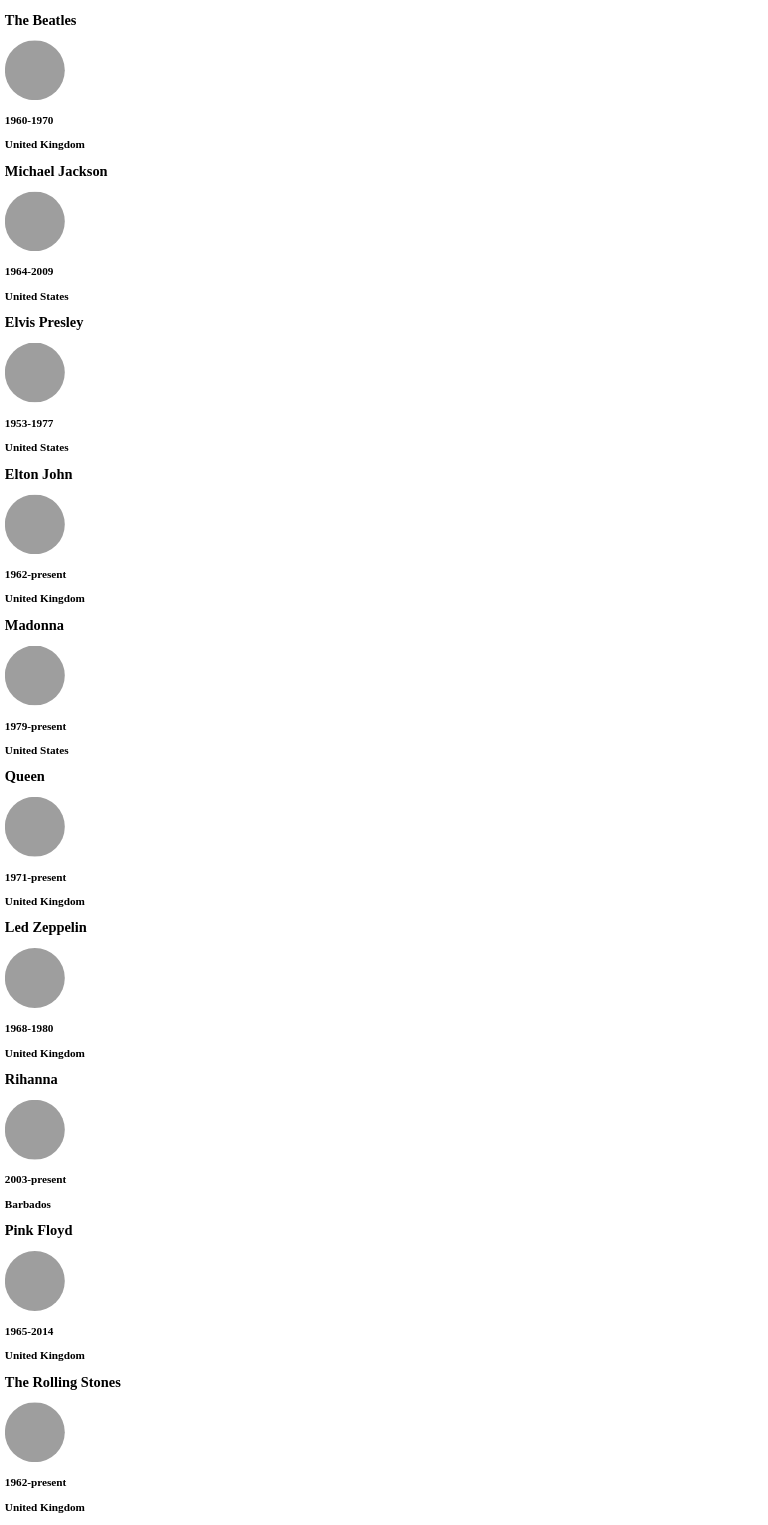
Repository: MelissaJacobi/Frontend-lab-2
Page: /
These files come from the project's save history. The page is drawn as it stood at one moment and after the next save; the edit follows.
The browser window is 1280 px wide. The pictures show the whole page, at 60% of full size.
Pictures or frames that could not be fetched are drawn as grey boxes. The project was rebuilt for these pictures with package versions that can differ from the ones it lists, and the page was loaded fresh each time. Also part of the build but not shown: vite.config.js.

Above is the page before, as saved 2024-09-19 13:47:06.

After the next save:
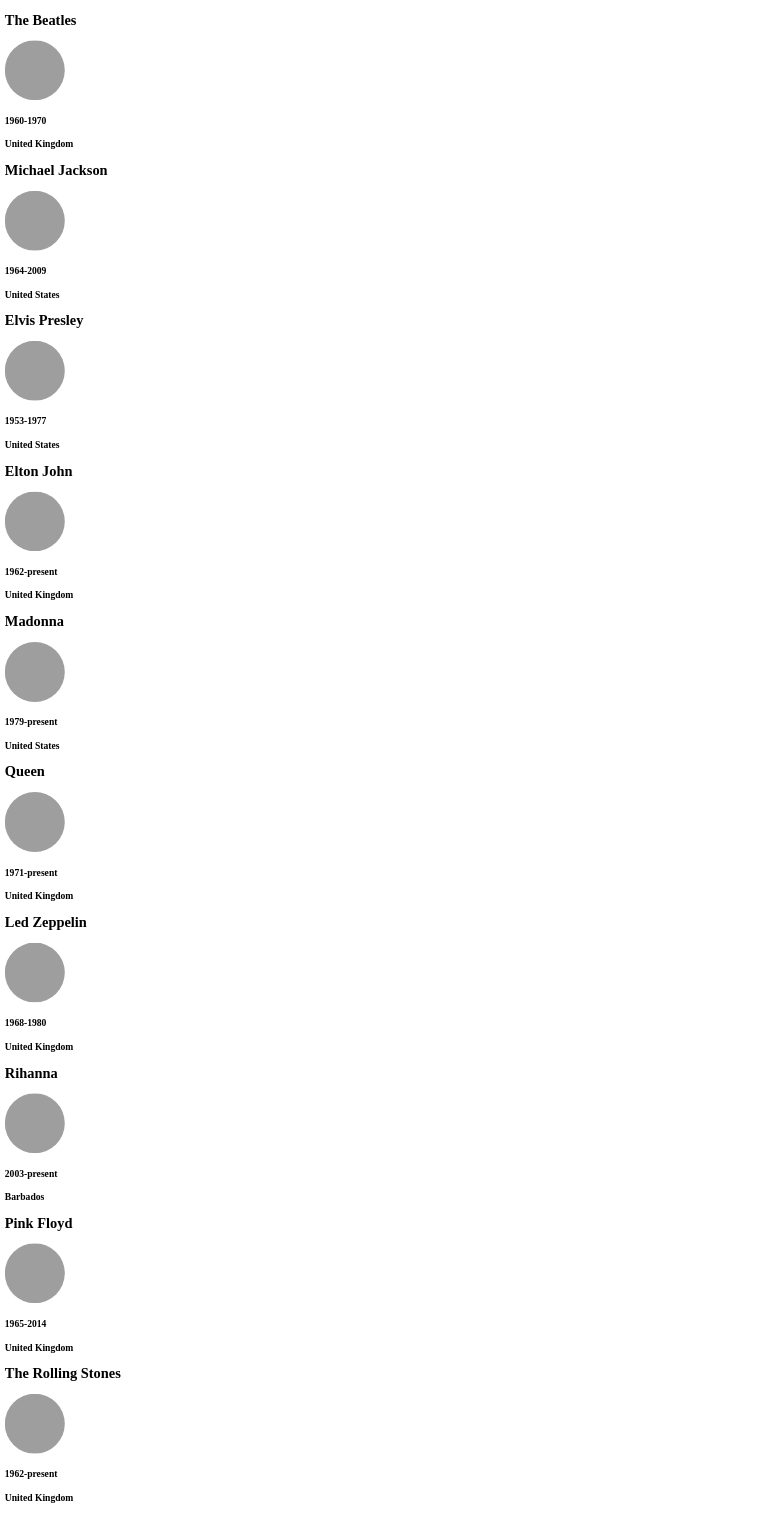
Saved 13 s later.
--- a/src/components/ArtistDetails.jsx
+++ b/src/components/ArtistDetails.jsx
@@ -6,8 +6,8 @@
     <div className="app">
         <h2>{artistName}</h2>
         <img src={artistURL} alt={artistName} className="photo" />
-        <h3>{artistActive}</h3>
-        <h3>{artistCountry}</h3>
+        <h4>{artistActive}</h4>
+        <h4>{artistCountry}</h4>
     </div>
   );
 }
